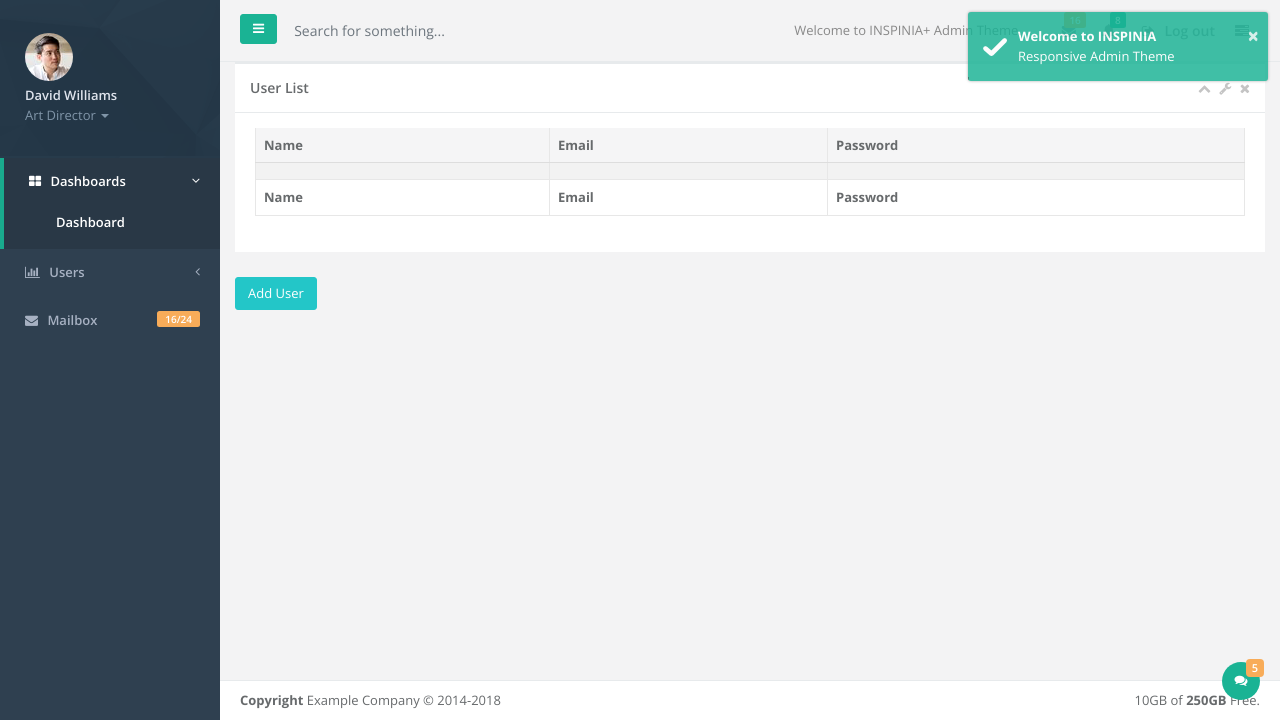
Repository: WAQARHUSSAIN12/quiz
Page: http://localhost/users
An editor plug-in stored every save of this project. The page is shown before and after the next save, followed by the edit.
The browser window is 1280 px wide. The pictures show the whole page.
The page is served by the project's Laravel application, run on PHP 8.4 with Laravel 9. Other server files are loaded and not shown.

Above is the page before, as saved 2024-08-12 12:22:23.
Console error: TypeError: Cannot read properties of undefined (reading 'plugins')

### routes/web.php
<?php

use Illuminate\Support\Facades\Route;
use App\Http\Controllers\Admin\HomeController;
use App\Http\Controllers\Admin\UserController;


/*
|--------------------------------------------------------------------------
| Web Routes
|--------------------------------------------------------------------------
|
| Here is where you can register web routes for your application. These
| routes are loaded by the RouteServiceProvider within a group which
| contains the "web" middleware group. Now create something great!
|
*/

Route::get('/', [HomeController::class,"dashboard"])->name("admin.dashboard");

Route::get('users', [UserController::class,"index"])->name("admin.users");

### app/Http/Controllers/Admin/UserController.php
<?php

namespace App\Http\Controllers\Admin;

use App\Http\Controllers\Controller;
use Illuminate\Http\Request;
use Yajra\DataTables\DataTables;
use App\Models\User;

class UserController extends Controller
{
    //
    public function index(Request $request){

        if ($request->ajax()){
            $user = User::select(['name', 'email', 'created_at']); // Adjust the columns accordingly
            return DataTables::of($user)->make(true);

        }

        return view('backend.users.index');
    }
}

### resources/views/backend/users/index.blade.php
@extends('backend.layout.layout')

@section('title', 'User List')

@section('content')

<link href="{{asset('assets/css/plugins/dataTables/datatables.min.css')}}" rel="stylesheet">

<div class="row">
    <div class="col-lg-12">
        <div class="ibox ">
            <div class="ibox-title">
                <h5>User List</h5>
                <div class="ibox-tools">

                    <a class="collapse-link">
                        <i class="fa fa-chevron-up"></i>
                    </a>
                    <a class="dropdown-toggle" data-toggle="dropdown" href="#">
                        <i class="fa fa-wrench"></i>
                    </a>
                    <ul class="dropdown-menu dropdown-user">
                        <li><a href="#" class="dropdown-item">Config option 1</a>
                        </li>
                        <li><a href="#" class="dropdown-item">Config option 2</a>
                        </li>
                    </ul>
                    <a class="close-link">
                        <i class="fa fa-times"></i>
                    </a>

                </div>
            </div>
            <div class="ibox-content">

                <div class="table-responsive">
                    <table class="table table-striped table-bordered table-hover dataTables-example">
                        <thead>
                            <tr>
                                <th>Name</th>
                                <th>Email</th>
                                <th>Password</th>
                            </tr>
                        </thead>
                        <tbody>
                            <tr>
                                <td class="center"></td>
                                <td class="center"></td>
                                <td class="center"></td>
                            </tr>
                        </tbody>
                        <tfoot>
                            <tr>
                                <th>Name</th>
                                <th>Email</th>
                                <th>Password</th>
                            </tr>
                        </tfoot>
                    </table>
                </div>

            </div>
        </div>
        <button class="btn btn-info" id="add_user_btn"> Add User  </button>
    </div>
</div>

@endsection

@push('script')

<script src="{{asset('assets/js/plugins/dataTables/datatables.min.js')}}"></script>
<script src="{{asset('assets/js/plugins/dataTables/dataTables.bootstrap4.min.js')}}"></script>

    <!-- Page-Level Scripts -->
    <script>
        $(document).ready(function(){
            // $('.dataTables-example').DataTable({
            //     pageLength: 25,
            //     responsive: true,
            //     dom: '<"html5buttons"B>lTfgitp',
            //     buttons: [
            //         { extend: 'copy'},
            //         {extend: 'csv'},
            //         {extend: 'excel', title: 'ExampleFile'},
            //         {extend: 'pdf', title: 'ExampleFile'},

            //         {extend: 'print',
            //          customize: function (win){
            //                 $(win.document.body).addClass('white-bg');
            //                 $(win.document.body).css('font-size', '10px');

            //                 $(win.document.body).find('table')
            //                         .addClass('compact')
            //                         .css('font-size', 'inherit');
            //         }
            //         }
            //     ]

            // });
        });

        $(document).ready(function() {
        $('.dataTables-example').DataTable({
            processing: true,
            serverSide: true,
            dom: '<"html5buttons"B>lTfgitp',
            buttons: [
                    { extend: 'copy'},
                    {extend: 'csv'},
                    {extend: 'excel', title: 'ExampleFile'},
                    {extend: 'pdf', title: 'ExampleFile'},

                    {extend: 'print',
                     customize: function (win){
                            $(win.document.body).addClass('white-bg');
                            $(win.document.body).css('font-size', '10px');

                            $(win.document.body).find('table')
                                    .addClass('compact')
                                    .css('font-size', 'inherit');
                    }
                    }
            ],
            ajax: "{{ route('admin.users') }}",
            columns: [
                { data: 'name'},
                { data: 'email'},
                { data: 'created_at'},
                // { data: 'action', name: 'action', orderable: false, searchable: false },
            ]
        });
    });

    </script>

@endpush

### resources/views/backend/layout/navigation.blade.php
<nav class="navbar-default navbar-static-side" role="navigation">
    <div class="sidebar-collapse">
        <ul class="nav metismenu" id="side-menu">
            <li class="nav-header">
                <div class="dropdown profile-element">
                    <img alt="image" class="rounded-circle" src="{{asset('assets/img/profile_small.jpg')}}" />
                    <a data-toggle="dropdown" class="dropdown-toggle" href="#">
                        <span class="block m-t-xs font-bold">David Williams</span>
                        <span class="text-muted text-xs block">Art Director <b class="caret"></b></span>
                    </a>
                    <ul class="dropdown-menu animated fadeInRight m-t-xs">
                        <li><a class="dropdown-item" href="profile.html">Profile</a></li>
                        <li><a class="dropdown-item" href="contacts.html">Contacts</a></li>
                        <li><a class="dropdown-item" href="mailbox.html">Mailbox</a></li>
                        <li class="dropdown-divider"></li>
                        <li><a class="dropdown-item" href="login.html">Logout</a></li>
                    </ul>
                </div>
                <div class="logo-element">
                    IN+
                </div>
            </li>
            <li class="active">
                <a href="index.html"><i class="fa fa-th-large"></i> <span class="nav-label">Dashboards</span> <span
                        class="fa arrow"></span></a>
                <ul class="nav nav-second-level">
                    <li class="active"><a href="index.html">Dashboard</a></li>
                </ul>
            </li>
            <li>
                <a href="#"><i class="fa fa-bar-chart-o"></i> <span class="nav-label">Users</span><span
                        class="fa arrow"></span></a>
                <ul class="nav nav-second-level collapse">
                    <li><a href="{{route('admin.users')}}">Users</a></li>
                </ul>
            </li>
            <li>
                <a href="mailbox.html"><i class="fa fa-envelope"></i> <span class="nav-label">Mailbox </span><span
                        class="label label-warning float-right">16/24</span></a>
                <ul class="nav nav-second-level collapse">
                    <li><a href="mailbox.html">Inbox</a></li>
                    <li><a href="mail_detail.html">Email view</a></li>
                    <li><a href="mail_compose.html">Compose email</a></li>
                    <li><a href="email_template.html">Email templates</a></li>
                </ul>
            </li>
        </ul>

    </div>
</nav>

### resources/views/backend/layout/topbar.blade.php
<div class="row border-bottom">
    <nav class="navbar navbar-static-top" role="navigation" style="margin-bottom: 0">
        <div class="navbar-header">
            <a class="navbar-minimalize minimalize-styl-2 btn btn-primary " href="#"><i class="fa fa-bars"></i> </a>
            <form role="search" class="navbar-form-custom" action="search_results.html">
                <div class="form-group">
                    <input type="text" placeholder="Search for something..." class="form-control" name="top-search"
                        id="top-search">
                </div>
            </form>
        </div>
        <ul class="nav navbar-top-links navbar-right">
            <li style="padding: 20px">
                <span class="m-r-sm text-muted welcome-message">Welcome to INSPINIA+ Admin Theme.</span>
            </li>
            <li class="dropdown">
                <a class="dropdown-toggle count-info" data-toggle="dropdown" href="#">
                    <i class="fa fa-envelope"></i> <span class="label label-warning">16</span>
                </a>
                <ul class="dropdown-menu dropdown-messages dropdown-menu-right">
                    <li>
                        <div class="dropdown-messages-box">
                            <a class="dropdown-item float-left" href="profile.html">
                                <img alt="image" class="rounded-circle" src="{{asset('assets/img/a7.jpg')}}">
                            </a>
                            <div class="media-body">
                                <small class="float-right">46h ago</small>
                                <strong>Mike Loreipsum</strong> started following <strong>Monica Smith</strong>. <br>
                                <small class="text-muted">3 days ago at 7:58 pm - 10.06.2014</small>
                            </div>
                        </div>
                    </li>
                    <li class="dropdown-divider"></li>
                    <li>
                        <div class="dropdown-messages-box">
                            <a class="dropdown-item float-left" href="profile.html">
                                <img alt="image" class="rounded-circle" src="{{asset('assets/img/a4.jpg')}}">
                            </a>
                            <div class="media-body ">
                                <small class="float-right text-navy">5h ago</small>
                                <strong>Chris Johnatan Overtunk</strong> started following <strong>Monica
                                    Smith</strong>. <br>
                                <small class="text-muted">Yesterday 1:21 pm - 11.06.2014</small>
                            </div>
                        </div>
                    </li>
                    <li class="dropdown-divider"></li>
                    <li>
                        <div class="dropdown-messages-box">
                            <a class="dropdown-item float-left" href="profile.html">
                                <img alt="image" class="rounded-circle" src="{{asset('assets/img/profile.jpg')}}">
                            </a>
                            <div class="media-body ">
                                <small class="float-right">23h ago</small>
                                <strong>Monica Smith</strong> love <strong>Kim Smith</strong>. <br>
                                <small class="text-muted">2 days ago at 2:30 am - 11.06.2014</small>
                            </div>
                        </div>
                    </li>
                    <li class="dropdown-divider"></li>
                    <li>
                        <div class="text-center link-block">
                            <a href="mailbox.html" class="dropdown-item">
                                <i class="fa fa-envelope"></i> <strong>Read All Messages</strong>
                            </a>
                        </div>
                    </li>
                </ul>
            </li>
            <li class="dropdown">
                <a class="dropdown-toggle count-info" data-toggle="dropdown" href="#">
                    <i class="fa fa-bell"></i> <span class="label label-primary">8</span>
                </a>
                <ul class="dropdown-menu dropdown-alerts">
                    <li>
                        <a href="mailbox.html" class="dropdown-item">
                            <div>
                                <i class="fa fa-envelope fa-fw"></i> You have 16 messages
                                <span class="float-right text-muted small">4 minutes ago</span>
                            </div>
                        </a>
                    </li>
                    <li class="dropdown-divider"></li>
                    <li>
                        <a href="profile.html" class="dropdown-item">
                            <div>
                                <i class="fa fa-twitter fa-fw"></i> 3 New Followers
                                <span class="float-right text-muted small">12 minutes ago</span>
                            </div>
                        </a>
                    </li>
                    <li class="dropdown-divider"></li>
                    <li>
                        <a href="grid_options.html" class="dropdown-item">
                            <div>
                                <i class="fa fa-upload fa-fw"></i> Server Rebooted
                                <span class="float-right text-muted small">4 minutes ago</span>
                            </div>
                        </a>
                    </li>
                    <li class="dropdown-divider"></li>
                    <li>
                        <div class="text-center link-block">
                            <a href="notifications.html" class="dropdown-item">
                                <strong>See All Alerts</strong>
                                <i class="fa fa-angle-right"></i>
                            </a>
                        </div>
                    </li>
                </ul>
            </li>


            <li>
                <a href="login.html">
                    <i class="fa fa-sign-out"></i> Log out
                </a>
            </li>
            <li>
                <a class="right-sidebar-toggle">
                    <i class="fa fa-tasks"></i>
                </a>
            </li>
        </ul>

    </nav>
</div>

### resources/views/backend/layout/footer.blade.php
<div class="footer">
    <div class="float-right">
        10GB of <strong>250GB</strong> Free.
    </div>
    <div>
        <strong>Copyright</strong> Example Company &copy; 2014-2018
    </div>
</div>

Loaded but not shown: app/Http/Controllers/Controller.php (common file); public/assets/css/bootstrap.min.css (library); public/assets/font-awesome/css/font-awesome.css (library); public/assets/css/plugins/toastr/toastr.min.css (library); public/assets/css/animate.css (library); public/assets/css/style.css (library); public/assets/css/plugins/dataTables/datatables.min.css (library); public/assets/js/jquery-3.1.1.min.js (library); public/assets/js/popper.min.js (library); public/assets/js/bootstrap.js (library); public/assets/js/plugins/slimscroll/jquery.slimscroll.min.js (library); public/assets/js/plugins/flot/jquery.flot.tooltip.min.js (library); public/assets/js/plugins/peity/jquery.peity.min.js (library); public/assets/js/plugins/pace/pace.min.js (library); public/assets/js/plugins/jquery-ui/jquery-ui.min.js (library); public/assets/js/plugins/gritter/jquery.gritter.min.js (library); public/assets/js/plugins/sparkline/jquery.sparkline.min.js (library); public/assets/js/plugins/toastr/toastr.min.js (library); public/assets/js/plugins/dataTables/dataTables.bootstrap4.min.js (common file); public/assets/js/inspinia.js (313 lines, source omitted); public/assets/js/demo/sparkline-demo.js (51 lines, source omitted); public/assets/js/demo/peity-demo.js (33 lines, source omitted); resources/views/backend/layout/layout.blade.php (720 lines, source omitted)

After the next save:
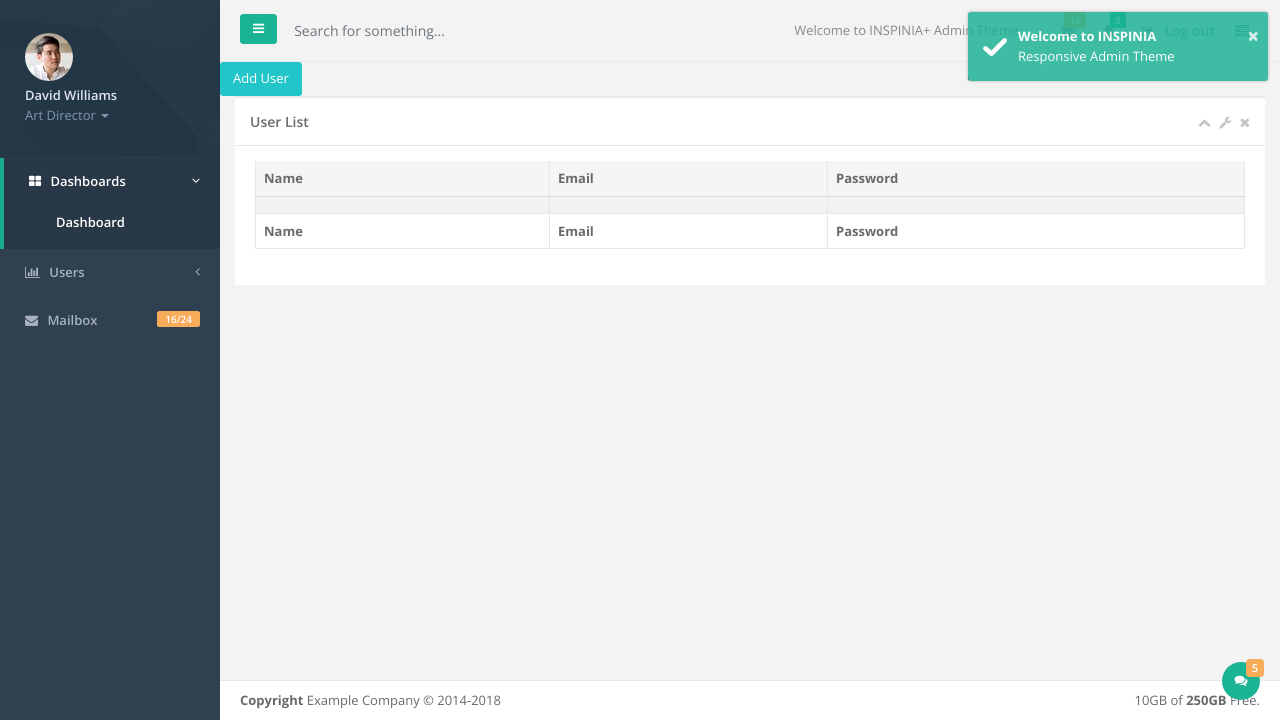
Saved 34 s later.
--- a/resources/views/backend/users/index.blade.php
+++ b/resources/views/backend/users/index.blade.php
@@ -7,6 +7,7 @@
 <link href="{{asset('assets/css/plugins/dataTables/datatables.min.css')}}" rel="stylesheet">
 
 <div class="row">
+<button class="btn btn-info" id="add_user_btn"> Add User  </button>
     <div class="col-lg-12">
         <div class="ibox ">
             <div class="ibox-title">
@@ -61,7 +62,7 @@
 
             </div>
         </div>
-        <button class="btn btn-info" id="add_user_btn"> Add User  </button>
+
     </div>
 </div>
 
